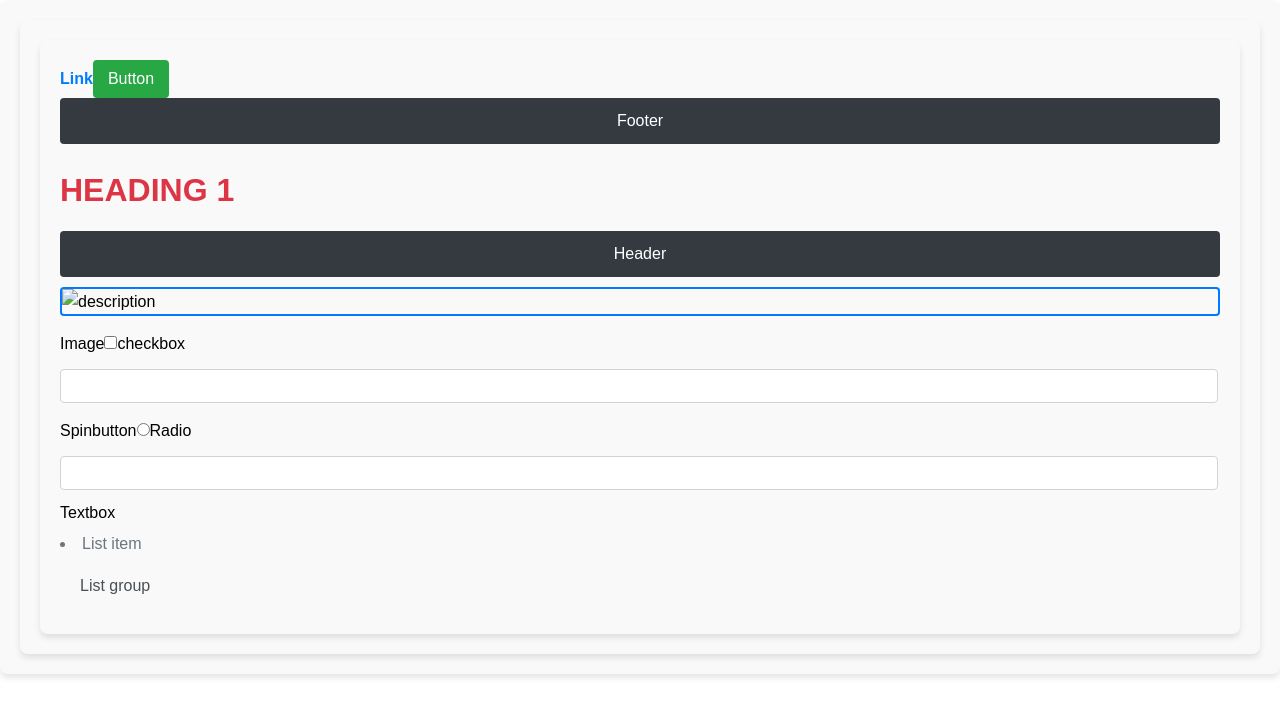
Repository: AiTrinh303/Jest_Sample
Page: / (app in small-test/)
An editor plug-in stored every save of this project. The page is shown before and after a run of saves, followed by the edit.
The browser window is 1280 px wide. The pictures show the whole page.
The project was rebuilt for these pictures with package versions that can differ from the ones it lists, and the page was loaded fresh each time.

Above is the page before, as saved 2024-11-25 20:53:50.

### small-test/src/App.js
import RoleExample from "./components/RoleExample";

function App() {
  return (
    <div>
      <RoleExample />
    </div>
  );
}

export default App;

### small-test/src/components/RoleExample.jsx
import React from 'react'
import './RoleExample.css'

const RoleExample = () => {
  return (
    <div className='container'>
      <a href="/">Link</a>
      <button>Button</button>
      <footer>Footer</footer>
      <h1>Heading 1</h1>
      <header>Header</header>
      <img alt="description"/>Image
      <input type="checkbox"/>checkbox
      <input type="number"/>Spinbutton
      <input type="radio"/>Radio
      <input type="text"/>Textbox
      <li>List item</li>
      <ul>List group</ul>
    </div>
  )
}

export default RoleExample

### small-test/src/components/RoleExample.css
/* RoleExample.css */

div {
    font-family: 'Arial', sans-serif;
    line-height: 1.6;
    background-color: #f9f9f9; /* Light background for Vietnamese style */
    padding: 20px;
    border-radius: 8px;
    box-shadow: 0 4px 6px rgba(0, 0, 0, 0.1);
  }

  /* Link styling */
  a {
    color: #007bff; /* Vietnamese-themed vibrant blue */
    text-decoration: none;
    font-weight: bold;
  }

  a:hover {
    text-decoration: underline;
  }

  /* Button styling */
  button {
    background-color: #28a745; /* Green for freshness */
    color: white;
    border: none;
    padding: 10px 15px;
    font-size: 16px;
    border-radius: 4px;
    cursor: pointer;
    transition: background-color 0.3s ease;
  }

  button:hover {
    background-color: #218838; /* Darker green on hover */
  }

  /* Footer and header */
  footer, header {
    background-color: #343a40; /* Dark color for contrast */
    color: white;
    padding: 10px 15px;
    border-radius: 4px;
    text-align: center;
  }

  /* Headings */
  h1 {
    color: #dc3545; /* Bold red for headings */
    text-transform: uppercase;
    margin-bottom: 15px;
  }

  /* Image */
  img {
    display: block;
    max-width: 100%;
    margin: 10px 0;
    border: 2px solid #007bff;
    border-radius: 4px;
  }

  /* Inputs */
  input[type="checkbox"], input[type="radio"], input[type="number"], input[type="text"] {
    margin: 10px 0;
    padding: 8px;
    font-size: 14px;
    border: 1px solid #ced4da;
    border-radius: 4px;
    width: calc(100% - 20px);
  }

  input[type="checkbox"], input[type="radio"] {
    width: auto;
  }

  /* List styling */
  li {
    color: #6c757d;
    margin: 5px 0;
  }

  ul {
    list-style: square;
    padding-left: 20px;
    color: #495057;
  }

Loaded but not shown: small-test/public/index.html (common file); small-test/src/index.js (common file); small-test/src/index.css (common file); small-test/src/reportWebVitals.js (common file)

After the next 2 saves:
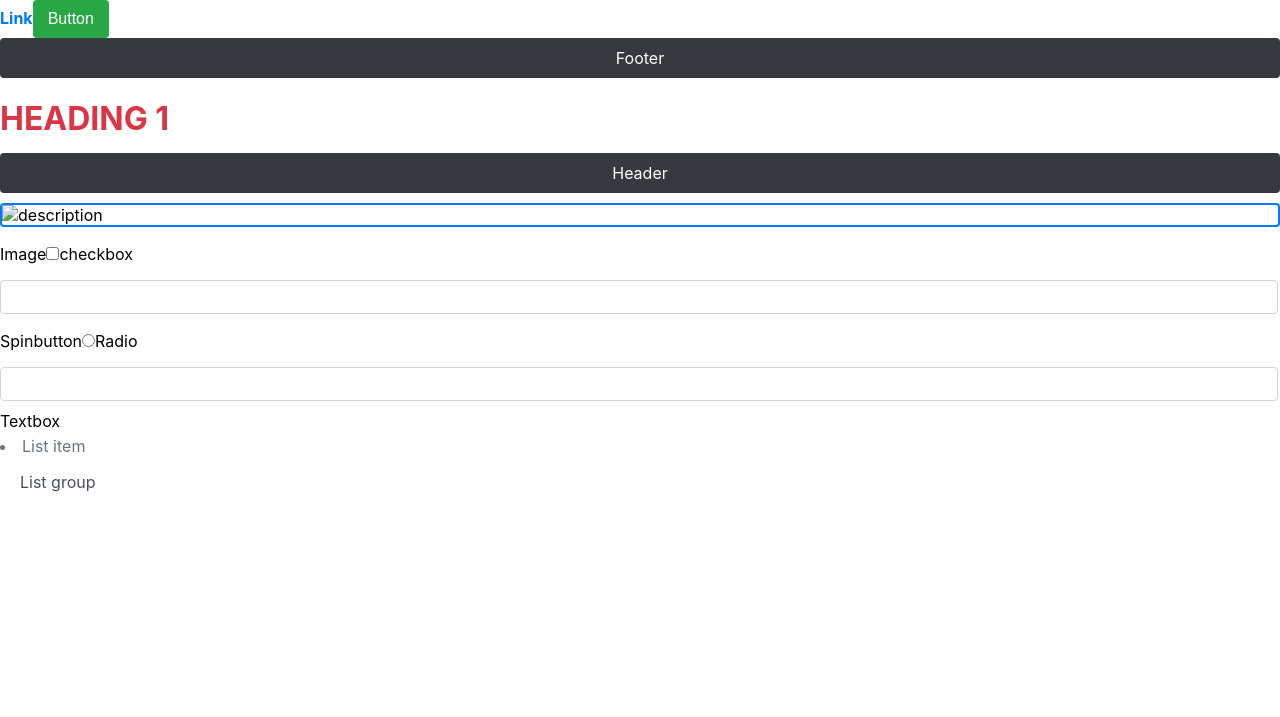
The 2 saves are shown as one change because they came seconds apart.
The last was saved 8 s later.
--- a/small-test/src/components/RoleExample.css
+++ b/small-test/src/components/RoleExample.css
@@ -1,4 +1,5 @@
 /* RoleExample.css */
+.container
 
 div {
     font-family: 'Arial', sans-serif;
